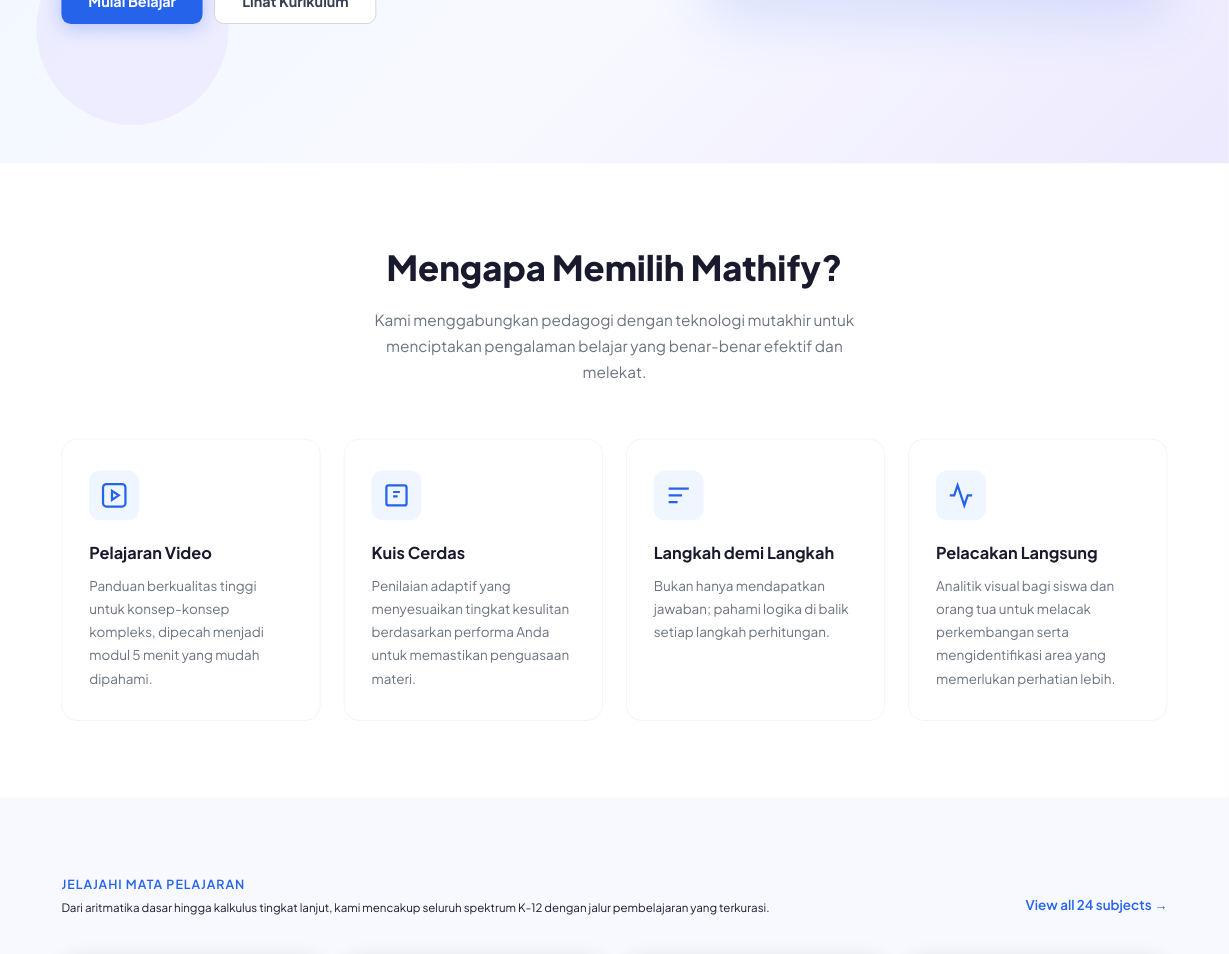
Repository: AdityaRevangga/Mathify
Page: / (app in frontend/)
The author's editor kept a copy of each file at every save. The page is drawn from the files as they stood at one save, then again after the next save.
The browser window is 1280 px wide. The pictures show the part of the page from y = 550 to 1544 px (the page is 2632 px tall before and 2742 px after), at 96% of full size.
Pictures or frames that could not be fetched are drawn as grey boxes. The page's requests for data from a server got no answer. The project was rebuilt for these pictures with package versions that can differ from the ones it lists, and the page was loaded fresh each time. No one was signed in, and anything a server would have sent is missing. Also part of the build but not shown: frontend/vite.config.js, frontend/src/index.css, frontend/src/hooks/useAuth.js, frontend/src/router/ProtectedRoute.jsx, frontend/src/components/Sidebar.jsx, frontend/src/components/Topbar.jsx, frontend/src/layouts/DashboardLayout.jsx, frontend/src/layouts/AuthLayout.jsx and 14 more.

Above is the page before, as saved 2026-06-02 14:28:23.

### frontend/index.html
<!doctype html>
<html lang="id">
  <head>
    <meta charset="UTF-8" />
    <link rel="icon" type="image/svg+xml" href="/favicon.svg" />
    <meta name="viewport" content="width=device-width, initial-scale=1.0" />
    <title>Mathify - Platform Belajar Matematika Interaktif</title>
    <!-- Plus Jakarta Sans Font -->
    <link rel="preconnect" href="https://fonts.googleapis.com">
    <link rel="preconnect" href="https://fonts.gstatic.com" crossorigin>
    <link href="https://fonts.googleapis.com/css2?family=Plus+Jakarta+Sans:wght@400;500;600;700;800&display=swap" rel="stylesheet">
  </head>
  <body>
    <div id="root"></div>
    <script type="module" src="/src/main.jsx"></script>
  </body>
</html>

### frontend/src/App.jsx
import React, { useEffect } from 'react';
import { BrowserRouter } from 'react-router-dom';
import { AuthProvider } from './context/AuthContext';
import AppRouter from './router/AppRouter';
import './styles/shared.css'; // Global core variables and core classes

function App() {
  useEffect(() => {
    const savedTheme = localStorage.getItem('theme');
    if (savedTheme === 'dark') {
      document.body.classList.add('dark-mode');
    } else {
      document.body.classList.remove('dark-mode');
    }
  }, []);

  return (
    <AuthProvider>
      <BrowserRouter>
        <AppRouter />
      </BrowserRouter>
    </AuthProvider>
  );
}

export default App;

### frontend/src/pages/LandingPage.jsx
import React, { useState, useEffect } from 'react';
import { useNavigate } from 'react-router-dom';

const LandingPage = () => {
  const navigate = useNavigate();
  const [scrolled, setScrolled] = useState(false);

  useEffect(() => {
    const handleScroll = () => setScrolled(window.scrollY > 20);
    window.addEventListener('scroll', handleScroll);
    return () => window.removeEventListener('scroll', handleScroll);
  }, []);

  const subjects = [
    { title: 'Bilangan', lessons: 11, color: '#FF6B35', image: 'https://images.unsplash.com/photo-1596495578065-6e0763fa1178?w=400&q=80' },
    { title: 'Aljabar dan Fungsi', lessons: 21, color: '#1A1A2E', image: 'https://images.unsplash.com/photo-1509228627152-72ae9ae6848d?w=400&q=80' },
    { title: 'Trigonometry', lessons: 76, color: '#E91E8C', image: 'https://images.unsplash.com/photo-1635070041078-e363dbe005cb?w=400&q=80' },
    { title: 'Geometry', lessons: 19, color: '#2D2D2D', image: 'https://images.unsplash.com/photo-1558618666-fcd25c85cd64?w=400&q=80' },
  ];

  const features = [
    {
      icon: (
        <svg width="28" height="28" fill="none" stroke="currentColor" strokeWidth="2" viewBox="0 0 24 24">
          <rect x="2" y="2" width="20" height="20" rx="3" /><polygon points="10,8 16,12 10,16" />
        </svg>
      ),
      title: 'Pelajaran Video',
      desc: 'Panduan berkualitas tinggi untuk konsep-konsep kompleks, dipecah menjadi modul 5 menit yang mudah dipahami.',
    },
    {
      icon: (
        <svg width="28" height="28" fill="none" stroke="currentColor" strokeWidth="2" viewBox="0 0 24 24">
          <rect x="3" y="3" width="18" height="18" rx="2" /><path d="M9 9h6M9 13h4" />
        </svg>
      ),
      title: 'Kuis Cerdas',
      desc: 'Penilaian adaptif yang menyesuaikan tingkat kesulitan berdasarkan performa Anda untuk memastikan penguasaan materi.',
    },
    {
      icon: (
        <svg width="28" height="28" fill="none" stroke="currentColor" strokeWidth="2" viewBox="0 0 24 24">
          <path d="M3 6h18M3 12h12M3 18h8" />
        </svg>
      ),
      title: 'Langkah demi Langkah',
      desc: 'Bukan hanya mendapatkan jawaban; pahami logika di balik setiap langkah perhitungan.',
    },
    {
      icon: (
        <svg width="28" height="28" fill="none" stroke="currentColor" strokeWidth="2" viewBox="0 0 24 24">
          <polyline points="22,12 18,12 15,21 9,3 6,12 2,12" />
        </svg>
      ),
      title: 'Pelacakan Langsung',
      desc: 'Analitik visual bagi siswa dan orang tua untuk melacak perkembangan serta mengidentifikasi area yang memerlukan perhatian lebih.',
    },
  ];

  return (
    <div style={{ fontFamily: "'Plus Jakarta Sans', 'Nunito', sans-serif", backgroundColor: '#F8F9FF', color: '#1A1A2E', overflowX: 'hidden' }}>

      {/* Navbar */}
      <nav style={{
        position: 'fixed', top: 0, left: 0, right: 0, zIndex: 100,
        padding: '0 5%',
        height: 64,
        display: 'flex', alignItems: 'center', justifyContent: 'space-between',
        background: scrolled ? 'rgba(255,255,255,0.95)' : 'transparent',
        backdropFilter: scrolled ? 'blur(12px)' : 'none',
        boxShadow: scrolled ? '0 1px 24px rgba(0,0,0,0.07)' : 'none',
        transition: 'all 0.3s ease',
      }}>
        <span style={{ fontWeight: 800, fontSize: 22, color: '#2563EB', letterSpacing: '-0.5px' }}>Mathify</span>
        <div style={{ display: 'flex', gap: 12, alignItems: 'center' }}>
          <button onClick={() => navigate('/login')} style={{
            padding: '8px 20px', borderRadius: 8, border: '1.5px solid #D1D5DB',
            background: 'white', color: '#374151', fontWeight: 600, fontSize: 14, cursor: 'pointer',
            transition: 'all 0.2s',
          }}
            onMouseEnter={e => { e.target.style.borderColor = '#2563EB'; e.target.style.color = '#2563EB'; }}
            onMouseLeave={e => { e.target.style.borderColor = '#D1D5DB'; e.target.style.color = '#374151'; }}>
            Log In
          </button>
          <button onClick={() => navigate('/register')} style={{
            padding: '8px 20px', borderRadius: 8, border: 'none',
            background: '#2563EB', color: 'white', fontWeight: 600, fontSize: 14, cursor: 'pointer',
            transition: 'all 0.2s',
          }}
            onMouseEnter={e => e.target.style.background = '#1D4ED8'}
            onMouseLeave={e => e.target.style.background = '#2563EB'}>
            Sign Up
          </button>
        </div>
      </nav>

      {/* Hero */}
      <section style={{
        minHeight: '100vh',
        display: 'flex', alignItems: 'center',
        padding: '100px 5% 60px',
        background: 'linear-gradient(135deg, #EFF6FF 0%, #F8F9FF 60%, #EDE9FE 100%)',
        position: 'relative',
        overflow: 'hidden',
      }}>
        {/* decorative circles */}
        <div style={{ position: 'absolute', top: 80, right: '8%', width: 420, height: 420, borderRadius: '50%', background: 'rgba(37,99,235,0.06)', pointerEvents: 'none' }} />
        <div style={{ position: 'absolute', bottom: 40, left: '3%', width: 200, height: 200, borderRadius: '50%', background: 'rgba(139,92,246,0.07)', pointerEvents: 'none' }} />

        <div style={{ display: 'flex', alignItems: 'center', gap: 60, width: '100%', maxWidth: 1200, margin: '0 auto', flexWrap: 'wrap' }}>
          {/* Left */}
          <div style={{ flex: 1, minWidth: 300, animation: 'fadeUp 0.8s ease both' }}>
            <div style={{
              display: 'inline-flex', alignItems: 'center', gap: 8,
              background: '#EFF6FF', border: '1px solid #BFDBFE',
              borderRadius: 100, padding: '6px 16px', marginBottom: 24,
              fontSize: 13, fontWeight: 600, color: '#2563EB',
            }}>
              <span>✦</span> Merevolusi Pendidikan Matematika K-12
            </div>
            <h1 style={{ fontSize: 'clamp(36px, 4vw, 56px)', fontWeight: 800, lineHeight: 1.15, marginBottom: 20, letterSpacing: '-1px' }}>
              Kuasai Matematika<br />bersama{' '}
              <span style={{ color: '#2563EB' }}>Mathify</span>
            </h1>
            <p style={{ fontSize: 16, color: '#6B7280', lineHeight: 1.7, marginBottom: 36, maxWidth: 460 }}>
              Buka potensi Anda dengan pelajaran interaktif, latihan berbasis AI yang dipersonalisasi, dan kurikulum yang dirancang untuk mengubah kecemasan terhadap matematika menjadi penguasaan matematika.
            </p>
            <div style={{ display: 'flex', gap: 12, flexWrap: 'wrap' }}>
              <button onClick={() => navigate('/register')} style={{
                padding: '14px 28px', borderRadius: 10, border: 'none',
                background: '#2563EB', color: 'white', fontWeight: 700, fontSize: 15, cursor: 'pointer',
                boxShadow: '0 4px 20px rgba(37,99,235,0.3)',
                transition: 'all 0.2s',
              }}
                onMouseEnter={e => { e.target.style.background = '#1D4ED8'; e.target.style.transform = 'translateY(-2px)'; }}
                onMouseLeave={e => { e.target.style.background = '#2563EB'; e.target.style.transform = 'none'; }}>
                Mulai Belajar
              </button>
              <button style={{
                padding: '14px 28px', borderRadius: 10,
                border: '1.5px solid #D1D5DB', background: 'white',
                color: '#374151', fontWeight: 700, fontSize: 15, cursor: 'pointer',
                transition: 'all 0.2s',
              }}
                onMouseEnter={e => { e.target.style.borderColor = '#2563EB'; e.target.style.color = '#2563EB'; }}
                onMouseLeave={e => { e.target.style.borderColor = '#D1D5DB'; e.target.style.color = '#374151'; }}>
                Lihat Kurikulum
              </button>
            </div>
          </div>

          {/* Right image */}
          <div style={{ flex: 1, minWidth: 280, display: 'flex', justifyContent: 'flex-end' }}>
            <div style={{
              width: '100%', maxWidth: 480, height: 340,
              borderRadius: 20, overflow: 'hidden',
              boxShadow: '0 20px 60px rgba(37,99,235,0.15)',
            }}>
              <img
                src="https://images.unsplash.com/photo-1596495578065-6e0763fa1178?w=800&q=80"
                alt="Math tools"
                style={{ width: '100%', height: '100%', objectFit: 'cover' }}
              />
            </div>
          </div>
        </div>
      </section>

      {/* Why Mathify */}
      <section style={{ padding: '80px 5%', background: 'white' }}>
        <div style={{ maxWidth: 1200, margin: '0 auto' }}>
          <div style={{ textAlign: 'center', marginBottom: 56 }}>
            <h2 style={{ fontSize: 'clamp(24px, 3vw, 36px)', fontWeight: 800, marginBottom: 12 }}>Mengapa Memilih Mathify?</h2>
            <p style={{ color: '#6B7280', fontSize: 16, maxWidth: 520, margin: '0 auto', lineHeight: 1.7 }}>
              Kami menggabungkan pedagogi dengan teknologi mutakhir untuk menciptakan pengalaman belajar yang benar-benar efektif dan melekat.
            </p>
          </div>
          <div style={{ display: 'grid', gridTemplateColumns: 'repeat(auto-fit, minmax(240px, 1fr))', gap: 24 }}>
            {features.map((f, i) => (
              <div key={i} style={{
                padding: '32px 28px', borderRadius: 16,
                border: '1.5px solid #F3F4F6',
                background: 'white',
                transition: 'all 0.25s',
                cursor: 'default',
              }}
                onMouseEnter={e => {
                  e.currentTarget.style.borderColor = '#BFDBFE';
                  e.currentTarget.style.boxShadow = '0 8px 32px rgba(37,99,235,0.1)';
                  e.currentTarget.style.transform = 'translateY(-4px)';
                }}
                onMouseLeave={e => {
                  e.currentTarget.style.borderColor = '#F3F4F6';
                  e.currentTarget.style.boxShadow = 'none';
                  e.currentTarget.style.transform = 'none';
                }}>
                <div style={{
                  width: 52, height: 52, borderRadius: 12,
                  background: '#EFF6FF', color: '#2563EB',
                  display: 'flex', alignItems: 'center', justifyContent: 'center',
                  marginBottom: 20,
                }}>
                  {f.icon}
                </div>
                <h3 style={{ fontWeight: 700, fontSize: 17, marginBottom: 10 }}>{f.title}</h3>
                <p style={{ color: '#6B7280', fontSize: 14, lineHeight: 1.7 }}>{f.desc}</p>
              </div>
            ))}
          </div>
        </div>
      </section>

      {/* Subjects */}
      <section style={{ padding: '80px 5%', background: '#F8F9FF' }}>
        <div style={{ maxWidth: 1200, margin: '0 auto' }}>
          <div style={{ display: 'flex', justifyContent: 'space-between', alignItems: 'flex-end', marginBottom: 40, flexWrap: 'wrap', gap: 16 }}>
            <div>
              <p style={{ fontSize: 13, fontWeight: 600, color: '#2563EB', marginBottom: 6, textTransform: 'uppercase', letterSpacing: 1 }}>Jelajahi Mata Pelajaran</p>
              <h2 style={{ fontSize: 'clamp(12px, 3vw, 2px)', fontWeight: 300, lineHeight: 1.3, maxWidth: 800 }}>
                Dari aritmatika dasar hingga kalkulus tingkat lanjut, kami mencakup seluruh spektrum K-12 dengan jalur pembelajaran yang terkurasi.
              </h2>
            </div>
            <a href="#" style={{ color: '#2563EB', fontWeight: 600, fontSize: 14, textDecoration: 'none', whiteSpace: 'nowrap' }}>
              View all 24 subjects →
            </a>
          </div>

          <div style={{ display: 'grid', gridTemplateColumns: 'repeat(auto-fit, minmax(220px, 1fr))', gap: 20 }}>
            {subjects.map((s, i) => (
              <div key={i} style={{
                borderRadius: 16, overflow: 'hidden', position: 'relative',
                height: 280, cursor: 'pointer',
                boxShadow: '0 4px 20px rgba(0,0,0,0.1)',
                transition: 'transform 0.25s, box-shadow 0.25s',
              }}
                onMouseEnter={e => { e.currentTarget.style.transform = 'translateY(-6px)'; e.currentTarget.style.boxShadow = '0 12px 40px rgba(0,0,0,0.18)'; }}
                onMouseLeave={e => { e.currentTarget.style.transform = 'none'; e.currentTarget.style.boxShadow = '0 4px 20px rgba(0,0,0,0.1)'; }}>
                <img src={s.image} alt={s.title} style={{ width: '100%', height: '100%', objectFit: 'cover' }} />
                <div style={{
                  position: 'absolute', inset: 0,
                  background: `linear-gradient(to top, rgba(0,0,0,0.75) 0%, rgba(0,0,0,0.1) 60%)`,
                }} />
                <div style={{ position: 'absolute', bottom: 0, left: 0, right: 0, padding: '20px 20px 16px' }}>
                  <h3 style={{ color: 'white', fontWeight: 700, fontSize: 18, marginBottom: 6 }}>{s.title}</h3>
                  <div style={{ display: 'flex', alignItems: 'center', justifyContent: 'space-between' }}>
                    <span style={{ color: 'rgba(255,255,255,0.8)', fontSize: 13 }}>{s.lessons} Lessons</span>
                    <div style={{
                      width: 28, height: 28, borderRadius: '50%',
                      background: 'rgba(255,255,255,0.2)', backdropFilter: 'blur(4px)',
                      display: 'flex', alignItems: 'center', justifyContent: 'center',
                      color: 'white', fontSize: 14,
                    }}>→</div>
                  </div>
                </div>
              </div>
            ))}
          </div>
        </div>
      </section>

      {/* CTA Banner */}
      <section style={{
        padding: '72px 5%',
        background: 'linear-gradient(135deg, #2563EB, #7C3AED)',
        textAlign: 'center',
      }}>
        <h2 style={{ color: 'white', fontSize: 'clamp(24px, 3vw, 40px)', fontWeight: 800, marginBottom: 16 }}>
          Siap untuk Mulai Belajar?
        </h2>
        <p style={{ color: 'rgba(255,255,255,0.8)', fontSize: 16, marginBottom: 32, maxWidth: 480, margin: '0 auto 32px' }}>
          Bergabunglah dengan ribuan siswa yang sudah menguasai matematika bersama Mathify.
        </p>
        <button onClick={() => navigate('/register')} style={{
          padding: '14px 36px', borderRadius: 10,
          background: 'white', color: '#2563EB',
          fontWeight: 700, fontSize: 16, border: 'none', cursor: 'pointer',
          boxShadow: '0 4px 24px rgba(0,0,0,0.15)',
          transition: 'all 0.2s',
        }}
          onMouseEnter={e => { e.target.style.transform = 'translateY(-2px)'; e.target.style.boxShadow = '0 8px 32px rgba(0,0,0,0.2)'; }}
          onMouseLeave={e => { e.target.style.transform = 'none'; e.target.style.boxShadow = '0 4px 24px rgba(0,0,0,0.15)'; }}>
          Daftar Gratis Sekarang
        </button>
      </section>

      {/* Footer */}
      <footer style={{ background: '#0F172A', color: 'white', padding: '60px 5% 32px' }}>
        <div style={{ maxWidth: 1200, margin: '0 auto' }}>
          <div style={{ display: 'grid', gridTemplateColumns: 'repeat(auto-fit, minmax(180px, 1fr))', gap: 40, marginBottom: 48 }}>
            <div>
              <h3 style={{ fontWeight: 800, fontSize: 20, color: '#60A5FA', marginBottom: 12 }}>Mathify</h3>
              <p style={{ color: '#94A3B8', fontSize: 14, lineHeight: 1.7 }}>
                Empowering the next generation of mathematicians through accessible, engaging, and highly effective digital education.
              </p>
              <div style={{ display: 'flex', gap: 12, marginTop: 16 }}>
                {['🌐', '✉️', '▶️'].map((icon, i) => (
                  <div key={i} style={{
                    width: 34, height: 34, borderRadius: 8,
                    background: 'rgba(255,255,255,0.08)',
                    display: 'flex', alignItems: 'center', justifyContent: 'center',
                    fontSize: 16, cursor: 'pointer',
                  }}>{icon}</div>
                ))}
              </div>
            </div>
            <div>
              <h4 style={{ fontWeight: 700, fontSize: 13, textTransform: 'uppercase', letterSpacing: 1, color: '#94A3B8', marginBottom: 16 }}>Celerates</h4>
              {['Our Team', 'About', 'Contact'].map(item => (
                <div key={item} style={{ marginBottom: 10 }}>
                  <a href="#" style={{ color: '#CBD5E1', fontSize: 14, textDecoration: 'none' }}>{item}</a>
                </div>
              ))}
            </div>
            <div>
              <h4 style={{ fontWeight: 700, fontSize: 13, textTransform: 'uppercase', letterSpacing: 1, color: '#94A3B8', marginBottom: 16 }}>Learning</h4>
              {['All Courses', 'Smart Quizzes', 'Video Library', 'Study Planner'].map(item => (
                <div key={item} style={{ marginBottom: 10 }}>
                  <a href="#" style={{ color: '#CBD5E1', fontSize: 14, textDecoration: 'none' }}>{item}</a>
                </div>
              ))}
            </div>
            <div>
              <h4 style={{ fontWeight: 700, fontSize: 13, textTransform: 'uppercase', letterSpacing: 1, color: '#94A3B8', marginBottom: 16 }}>Newsletter</h4>
              <p style={{ color: '#94A3B8', fontSize: 14, marginBottom: 14 }}>Get the latest math tips and course updates.</p>
              <div style={{ display: 'flex', gap: 8 }}>
                <input placeholder="Your email address" style={{
                  flex: 1, padding: '10px 14px', borderRadius: 8,
                  border: '1px solid rgba(255,255,255,0.1)',
                  background: 'rgba(255,255,255,0.07)', color: 'white',
                  fontSize: 14, outline: 'none',
                }} />
                <button style={{
                  padding: '10px 14px', borderRadius: 8, border: 'none',
                  background: '#2563EB', color: 'white', cursor: 'pointer', fontWeight: 700,
                }}>→</button>
              </div>
            </div>
          </div>
          <div style={{ borderTop: '1px solid rgba(255,255,255,0.08)', paddingTop: 24, display: 'flex', justifyContent: 'space-between', flexWrap: 'wrap', gap: 12 }}>
            <p style={{ color: '#64748B', fontSize: 13 }}>© 2026 Mathify Academy. All rights reserved.</p>
            <div style={{ display: 'flex', gap: 24 }}>
              {['Privacy Policy', 'Terms of Service', 'Cookies'].map(item => (
                <a key={item} href="#" style={{ color: '#64748B', fontSize: 13, textDecoration: 'none' }}>{item}</a>
              ))}
            </div>
          </div>
        </div>
      </footer>

      <style>{`
        @import url('https://fonts.googleapis.com/css2?family=Plus+Jakarta+Sans:wght@400;500;600;700;800&display=swap');
        * { margin: 0; padding: 0; box-sizing: border-box; }
        @keyframes fadeUp {
          from { opacity: 0; transform: translateY(30px); }
          to { opacity: 1; transform: translateY(0); }
        }
      `}</style>
    </div>
  );
};

export default LandingPage;

Loaded but not shown: frontend/src/main.jsx (common file); frontend/src/services/api.js (163 lines, source omitted); frontend/src/styles/quiz-list.css (729 lines, source omitted); frontend/src/styles/profil.css (465 lines, source omitted); frontend/src/styles/dashboard.css (513 lines, source omitted); frontend/src/styles/materi.css (286 lines, source omitted); frontend/src/styles/shared.css (445 lines, source omitted); frontend/src/styles/pengaturan.css (292 lines, source omitted); frontend/src/styles/login.css (354 lines, source omitted); frontend/src/styles/register.css (335 lines, source omitted); frontend/src/context/AuthContext.jsx (111 lines, source omitted); frontend/src/router/AppRouter.jsx (53 lines, source omitted); frontend/src/styles/topik.css (no copy from this time; the picture is the same without it)

After the next save:
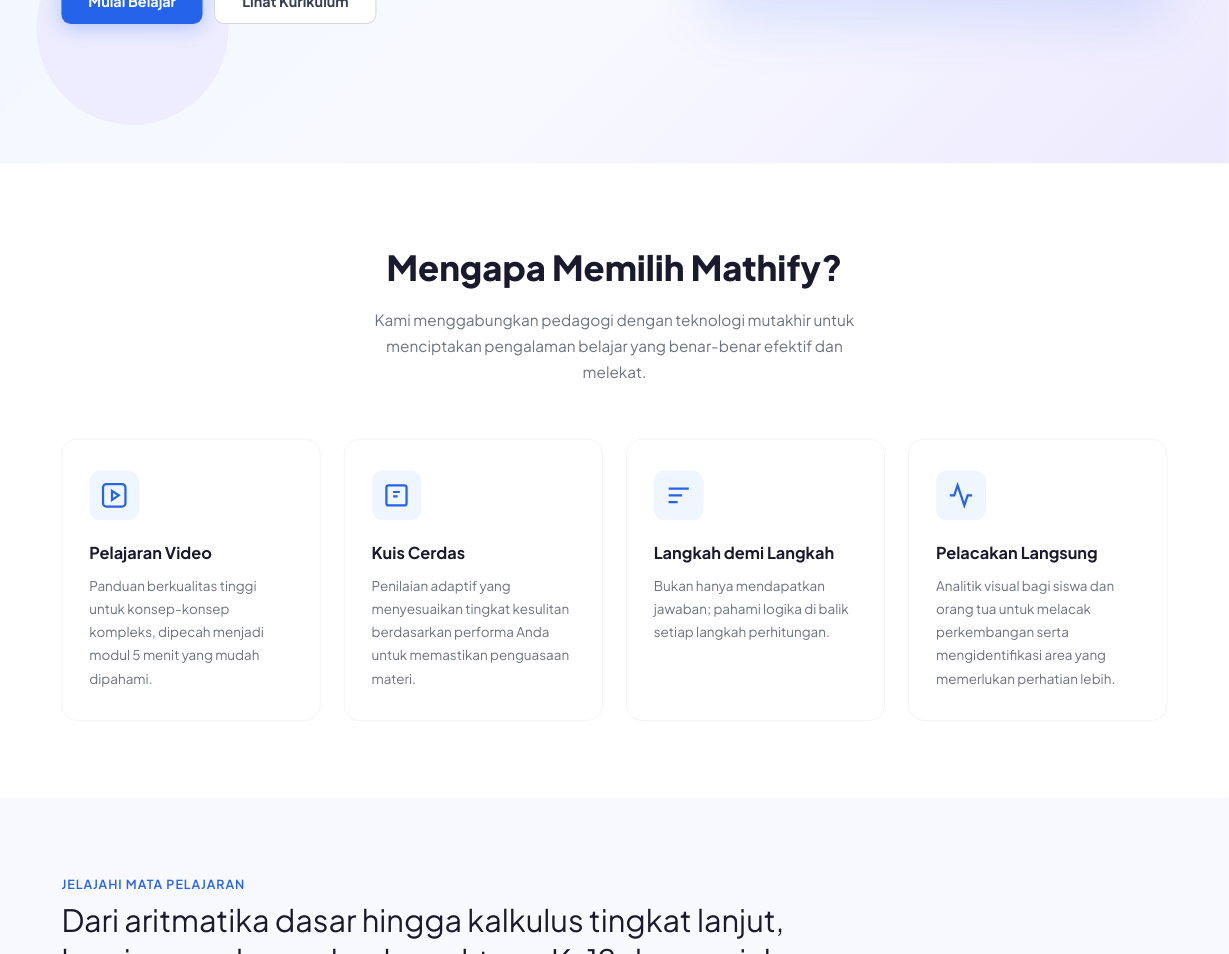
Saved 5 s later.
--- a/frontend/src/pages/LandingPage.jsx
+++ b/frontend/src/pages/LandingPage.jsx
@@ -216,7 +216,7 @@
           <div style={{ display: 'flex', justifyContent: 'space-between', alignItems: 'flex-end', marginBottom: 40, flexWrap: 'wrap', gap: 16 }}>
             <div>
               <p style={{ fontSize: 13, fontWeight: 600, color: '#2563EB', marginBottom: 6, textTransform: 'uppercase', letterSpacing: 1 }}>Jelajahi Mata Pelajaran</p>
-              <h2 style={{ fontSize: 'clamp(12px, 3vw, 2px)', fontWeight: 300, lineHeight: 1.3, maxWidth: 800 }}>
+              <h2 style={{ fontSize: 'clamp(12px, 3vw, 32px)', fontWeight: 300, lineHeight: 1.3, maxWidth: 800 }}>
                 Dari aritmatika dasar hingga kalkulus tingkat lanjut, kami mencakup seluruh spektrum K-12 dengan jalur pembelajaran yang terkurasi.
               </h2>
             </div>
